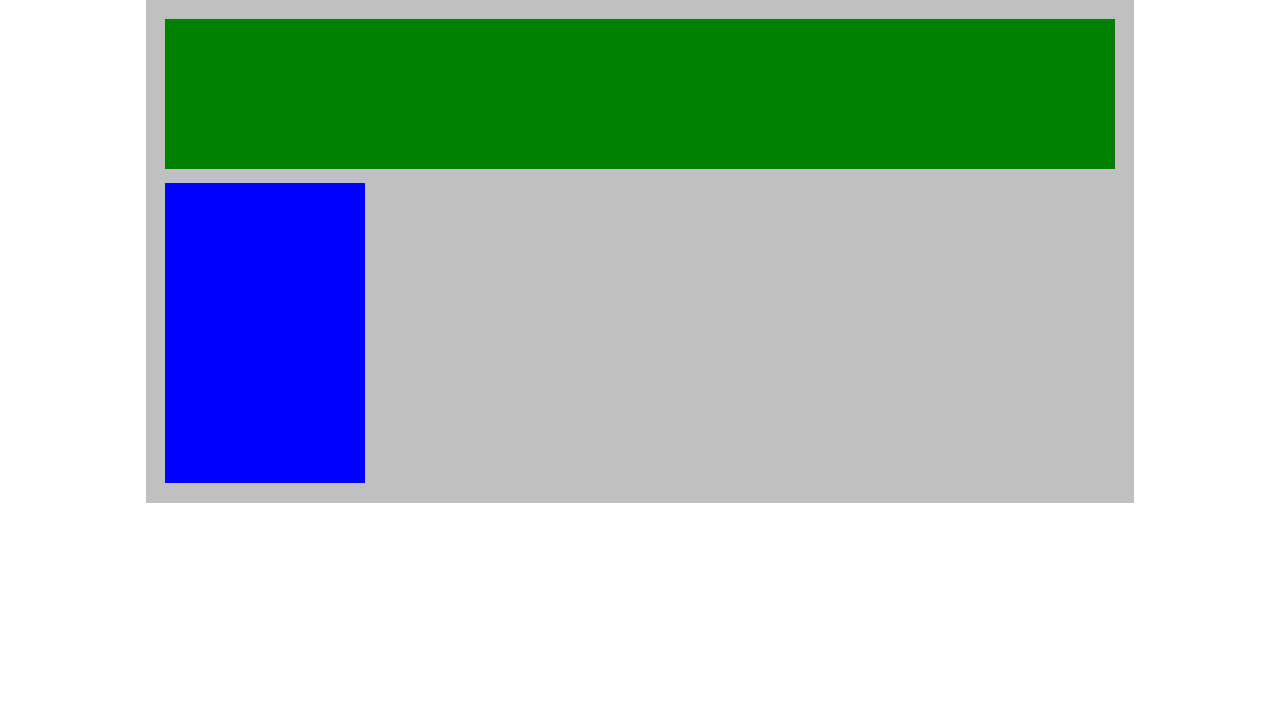
Repository: Fredy452/Fundamentos_de_la_Web
Page: Trabajos/Bloques/index.html
An editor plug-in stored every save of this project. The page is shown before and after the next save, followed by the edit.
The browser window is 1280 px wide. The pictures show the whole page.

Above is the page before, as saved 2023-06-16 16:35:15.

### Trabajos/Bloques/index.html
<!DOCTYPE html>
<html lang="en">
<head>
    <meta charset="UTF-8">
    <meta name="viewport" content="width=device-width, initial-scale=1.0">
    <title>Trazando bloques</title>
    <link rel="stylesheet" href="style.css">
</head>
<body>
    <div class="container">
        <div class="top-nav"></div>
        <div class="side-nav"></div>
        <div class="main">

        </div>
    </div>
</body>
</html>

### Trabajos/Bloques/style.css
*{
    margin: 0;
    padding: 0;

}
.container{
    width: 950px;
    background-color: silver;
    margin: 0 auto;
    padding: 1.5%;
}
.top-nav{
    height: 150px;
    background-color: green;
    margin-bottom: 1.5%;
}
.side-nav{
    height: 300px;
    width: 200px;
    background-color:blue;
}
.main{
    display: inline;
    height: 400px;
    width: 700px;
    background-color:red;
}

After the next save:
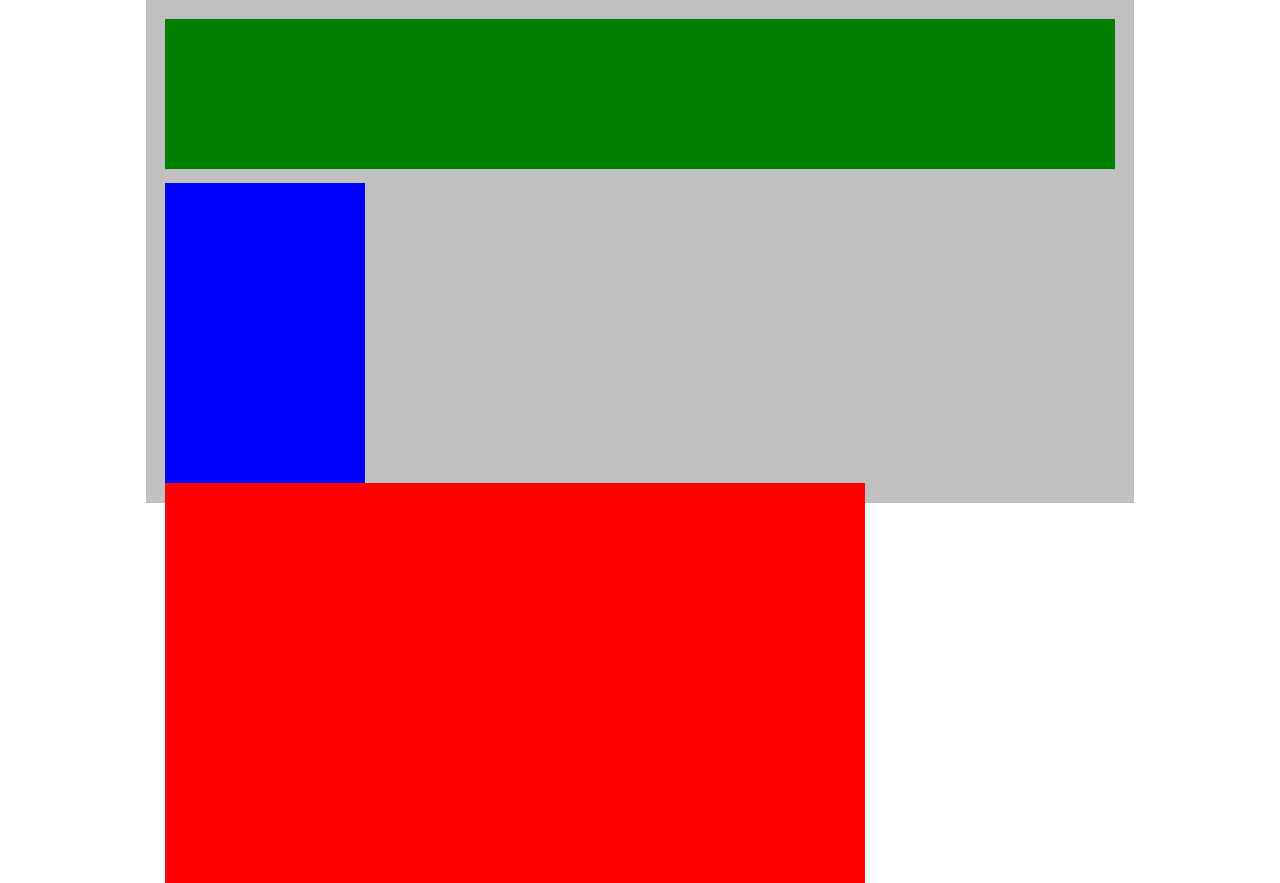
Saved 71 s later.
--- a/Trabajos/Bloques/style.css
+++ b/Trabajos/Bloques/style.css
@@ -20,7 +20,7 @@
     background-color:blue;
 }
 .main{
-    display: inline;
+    float: left;
     height: 400px;
     width: 700px;
     background-color:red;
